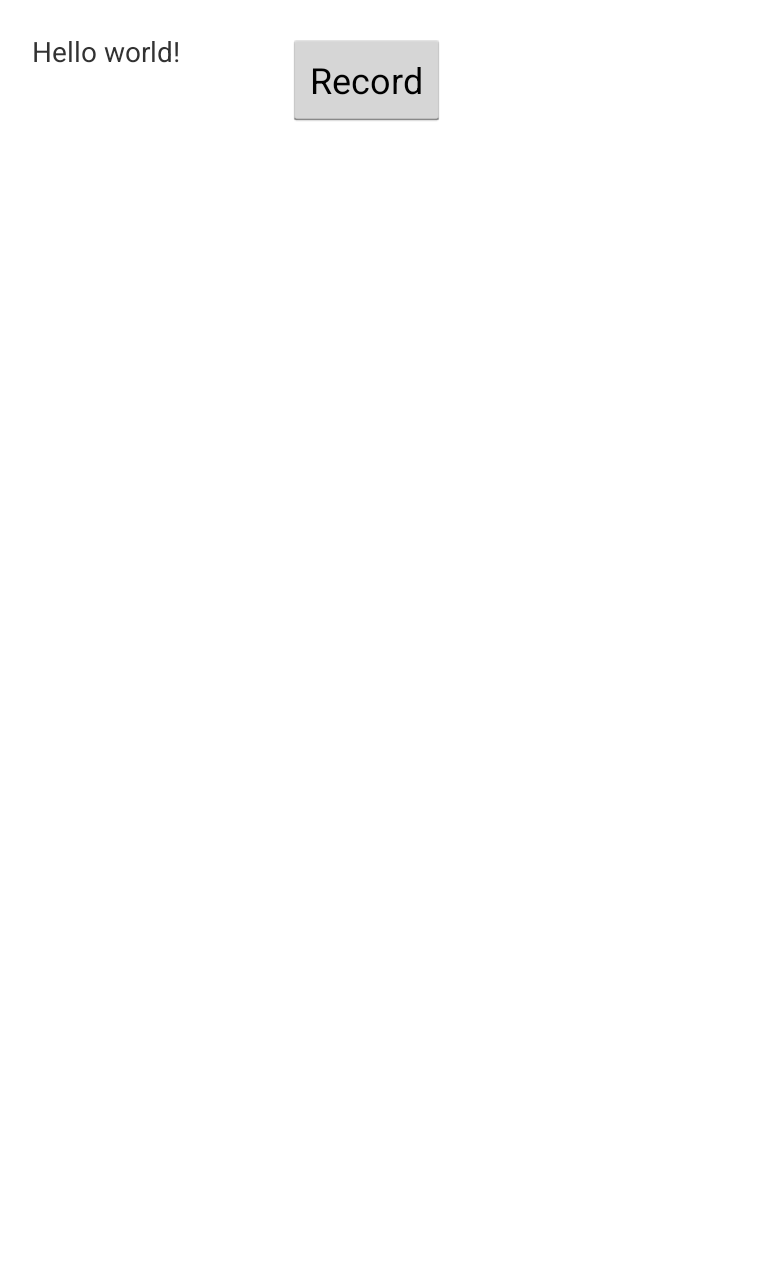
Repository: a20r/locaudio
Layout: app/Locabean/res/layout/activity_node.xml
These files come from the project's save history. The layout is drawn as it stood at one moment and after the next save; the edit follows.
It is drawn on a 768 x 1280 px phone screen (xhdpi) without system bars, with theme AppTheme; the app's code is not run.

Above is the layout before, as saved 2014-01-17 22:35:52.

After the next save:
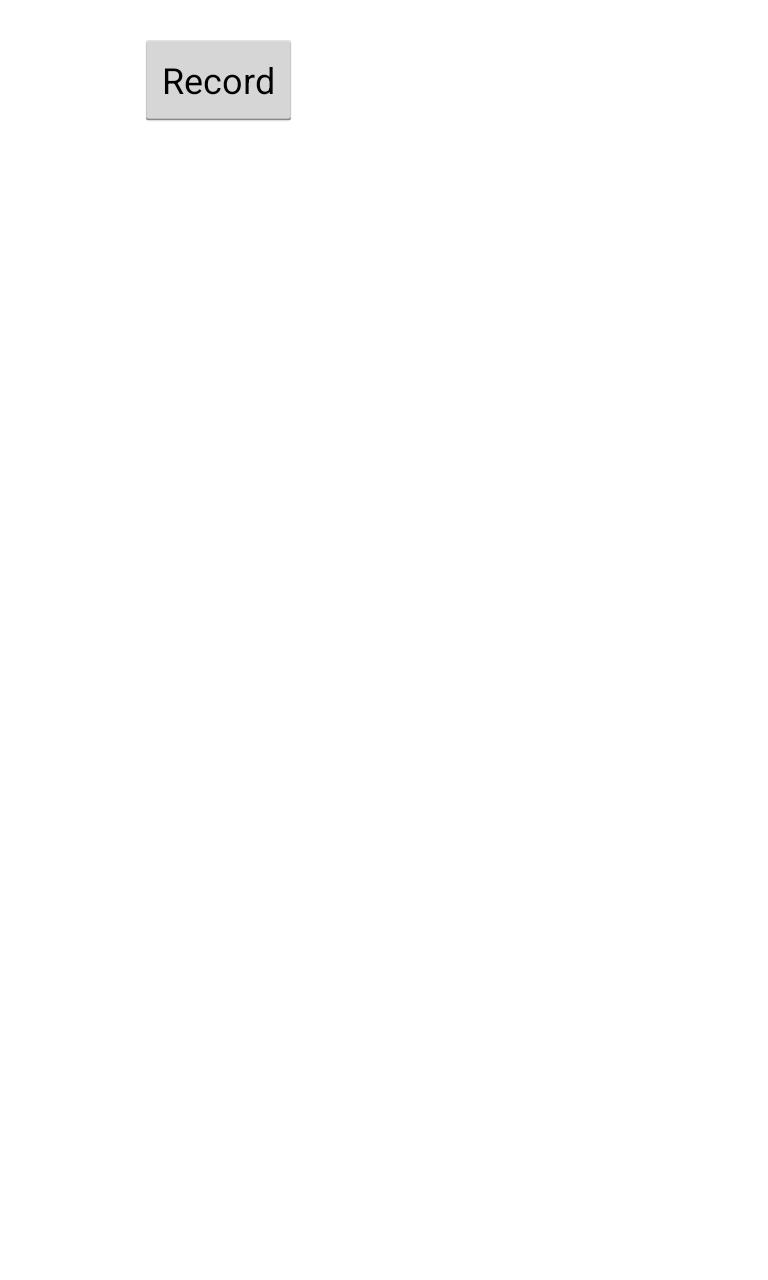
Saved 2 min 4 s later.
--- a/app/Locabean/res/layout/activity_node.xml
+++ b/app/Locabean/res/layout/activity_node.xml
@@ -8,19 +8,11 @@
     android:paddingTop="@dimen/activity_vertical_margin"
     tools:context=".NodeActivity" >
 
-    <TextView
-        android:id="@+id/textView1"
-        android:layout_width="wrap_content"
-        android:layout_height="wrap_content"
-        android:text="@string/hello_world" />
-
     <Button
         android:id="@+id/btnStart"
         android:layout_width="wrap_content"
         android:layout_height="wrap_content"
-        android:layout_alignTop="@+id/textView1"
         android:layout_marginLeft="53dp"
-        android:layout_toRightOf="@+id/textView1"
         android:text="Record" />
 
 </RelativeLayout>
